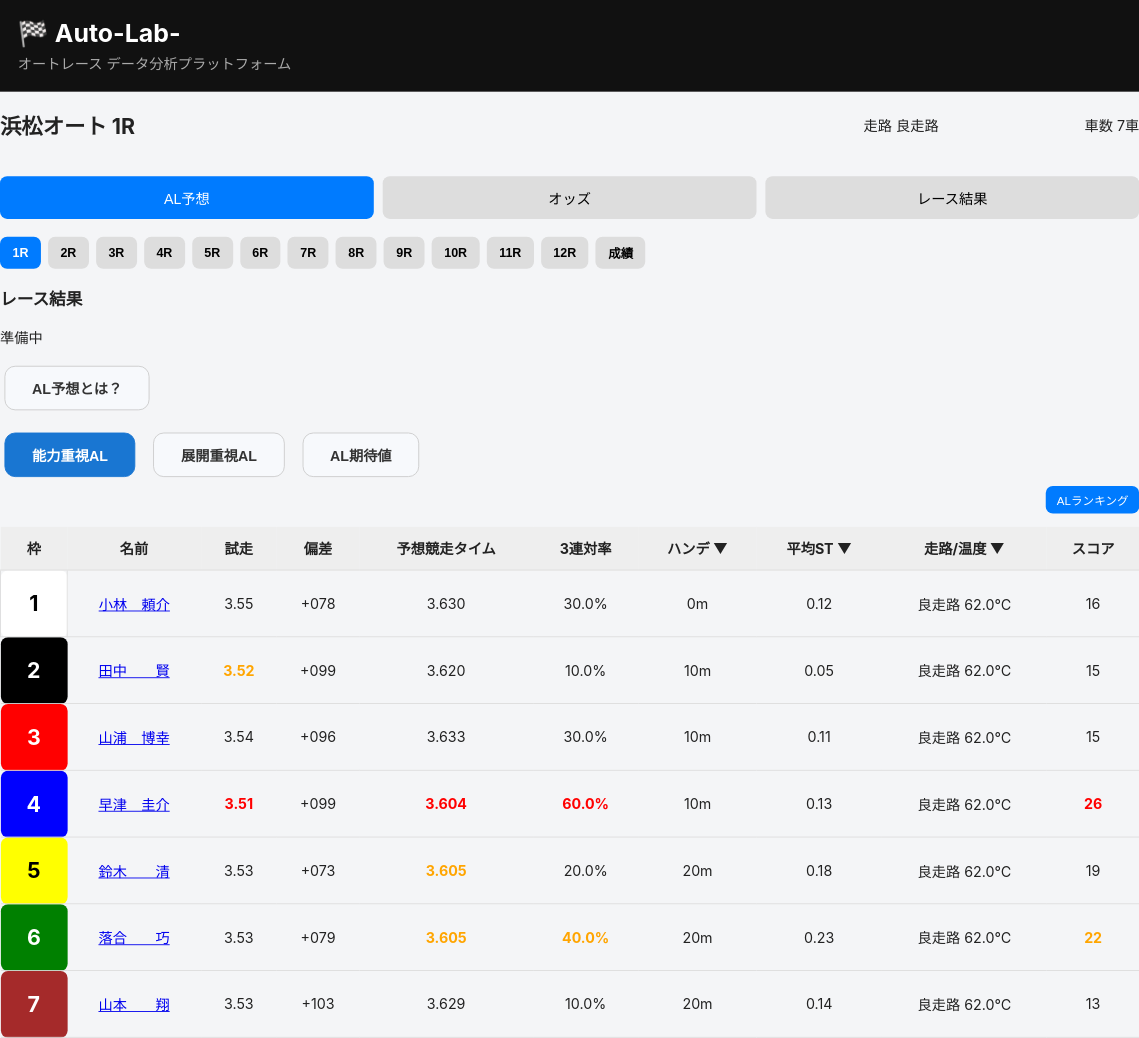
Repository: autorace-lab/Auto-Lab--main
Page: race.html
An editor plug-in stored every save of this project. The page is shown before and after the next save, followed by the edit.
The browser window is 1280 px wide. The pictures show the whole page, at 89% of full size.

Above is the page before, as saved 2026-08-05 19:07:22.

After the next save:
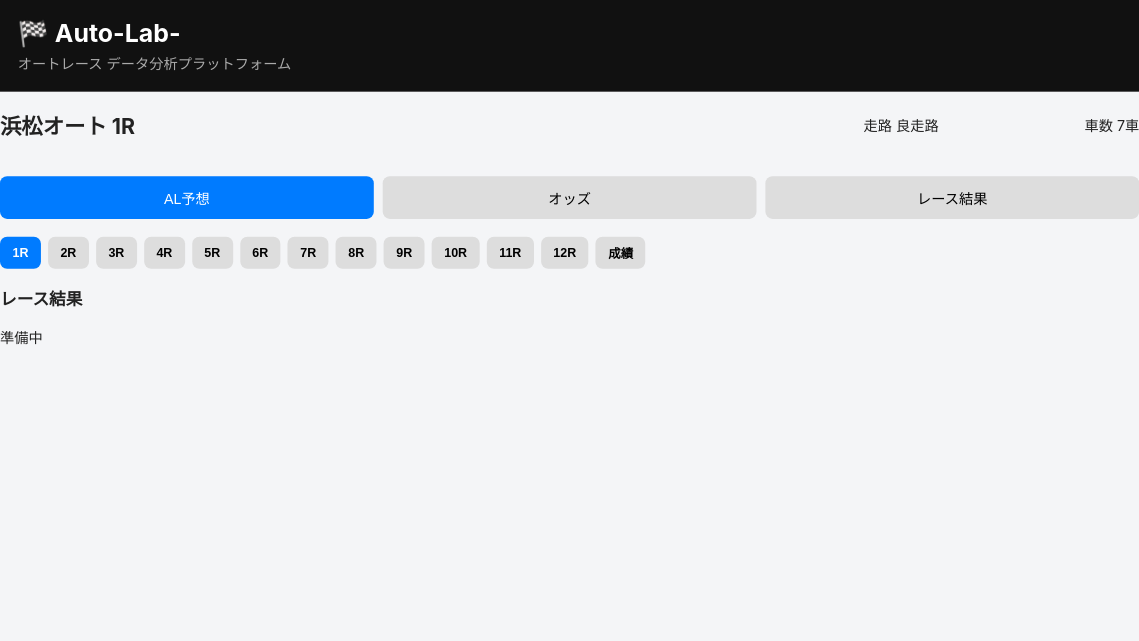
Saved 2 min 1 s later.
--- a/race.html
+++ b/race.html
@@ -137,7 +137,9 @@
 </div>
 <div id="recent" class="tab-content" style="display:none;">
 
-<h2>選手成績</h2>
+<div id="recent" class="tab-content" style="display:none;">
+
+<h2>近10走</h2>
 
 <table class="recent-table">
 
@@ -150,6 +152,11 @@
 <th>3走前</th>
 <th>4走前</th>
 <th>5走前</th>
+<th>6走前</th>
+<th>7走前</th>
+<th>8走前</th>
+<th>9走前</th>
+<th>10走前</th>
 </tr>
 </thead>
 

After the save that followed:
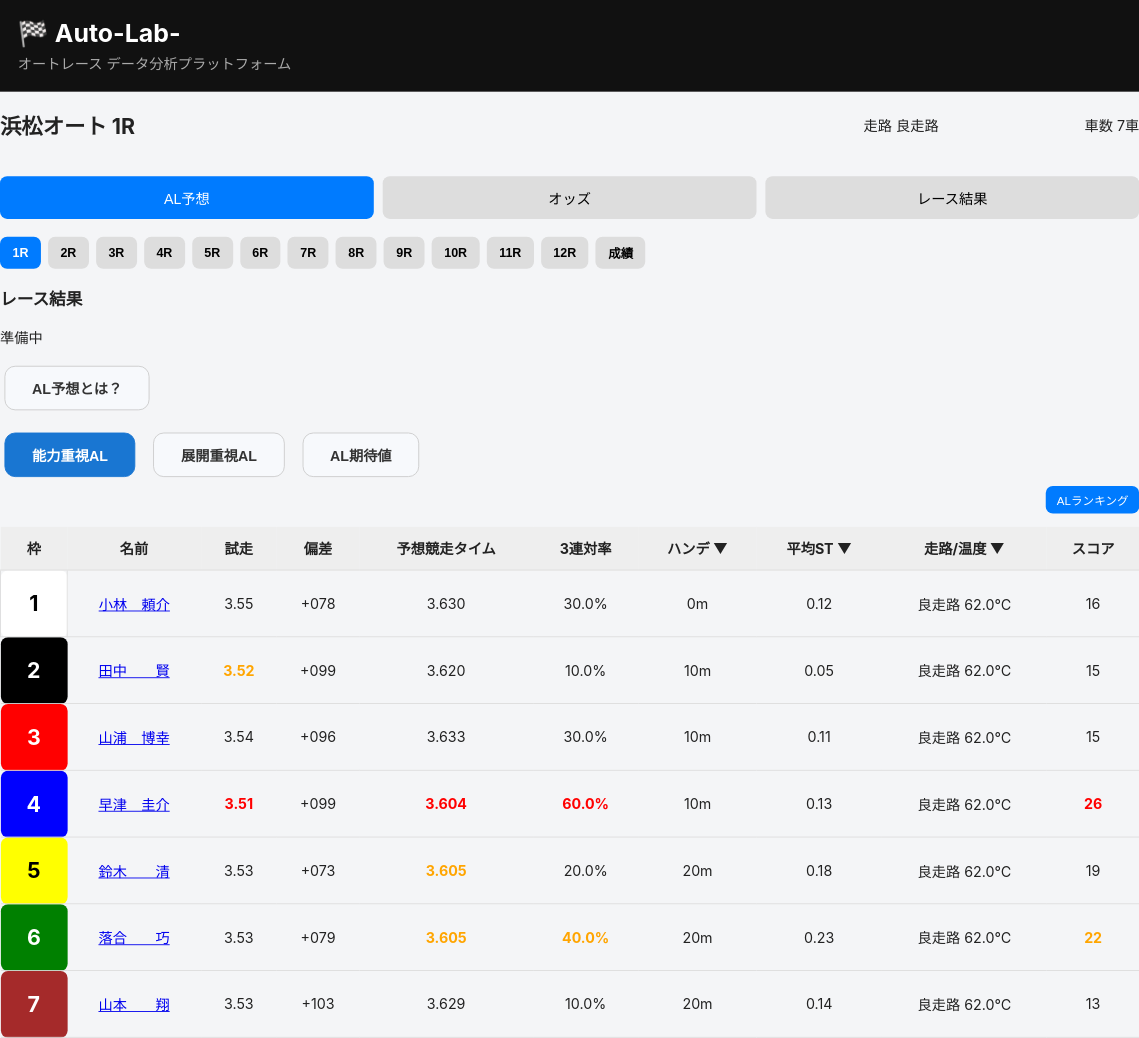
Saved 47 s later.
--- a/race.html
+++ b/race.html
@@ -135,7 +135,6 @@
   <h3>レース結果</h3>
   <p>準備中</p>
 </div>
-<div id="recent" class="tab-content" style="display:none;">
 
 <div id="recent" class="tab-content" style="display:none;">
 
@@ -167,6 +166,7 @@
 </table>
 
 </div>
+
 <div id="odds" class="tab-content" style="display:none;">
   <h3>オッズ</h3>
   <p>ここにオッズを表示します。</p>
